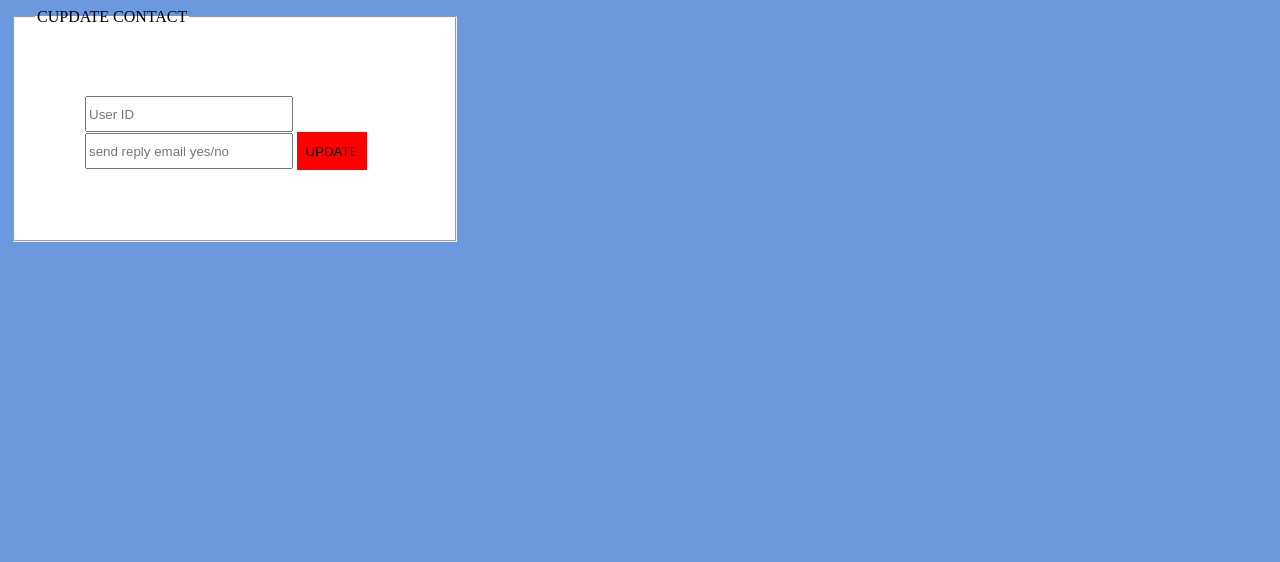
Repository: Nihara-R/Vehicle-Insurance-Portal
Page: http://localhost/updatecontact.php
The author's editor kept a copy of each file at every save. The page is drawn from the files as they stood at one save, then again after the next save.
The browser window is 1280 px wide. The pictures show the whole page.
The page is run by PHP 8.4 with error messages shown; the project is at /var/www/html/.

Above is the page before, as saved 2023-06-29 09:49:52.

After the next save:
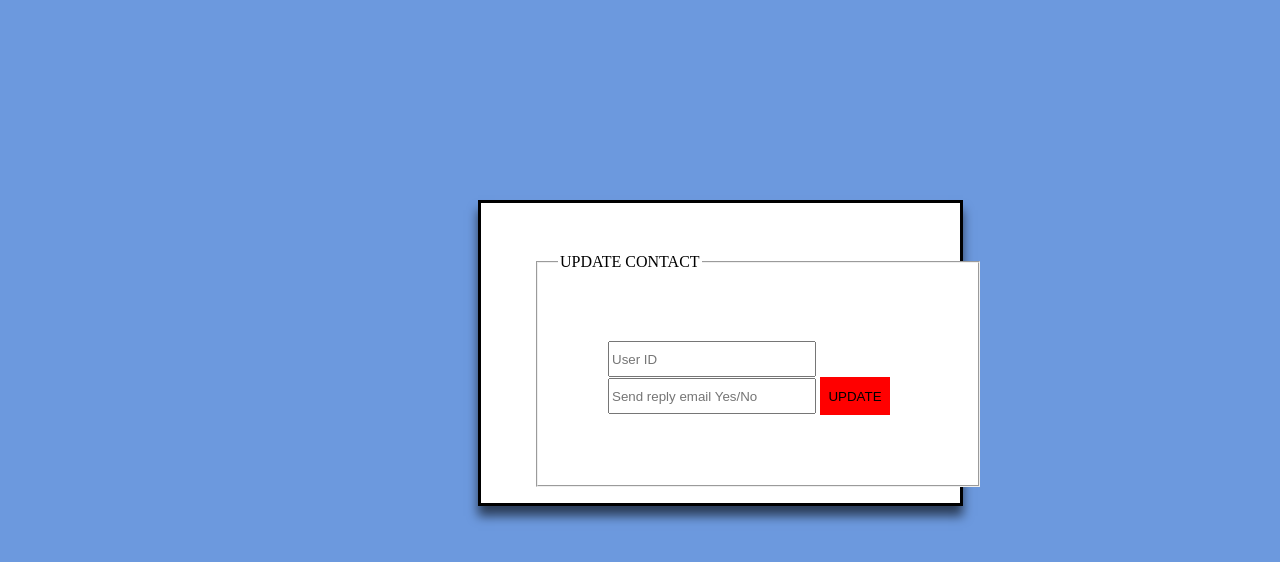
Saved 6 min 27 s later.
--- a/updatecontact.php
+++ b/updatecontact.php
@@ -6,14 +6,14 @@
     <link rel="stylesheet" href="css/deletuser.css">
   </head>
   <body>
-  <div class="formbox1">
-    <fieldset>
-<legend>CUPDATE CONTACT</legend>
+  <div class="formbox">
+    <fieldset class="fieldset1">
+<legend>UPDATE CONTACT</legend>
 
     <form class="" action="include/updatecontact.inc.php" method="post">
 
       <input type="text" name="id" value="" placeholder="User ID" class="textbox">
-      <input type="text" name="reply" value="" placeholder="send reply email yes/no" class="textbox">
+      <input type="text" name="reply" value="" placeholder="Send reply email Yes/No" class="textbox">
 
       <input type="submit" name="submit" value="UPDATE" class="button">
 
